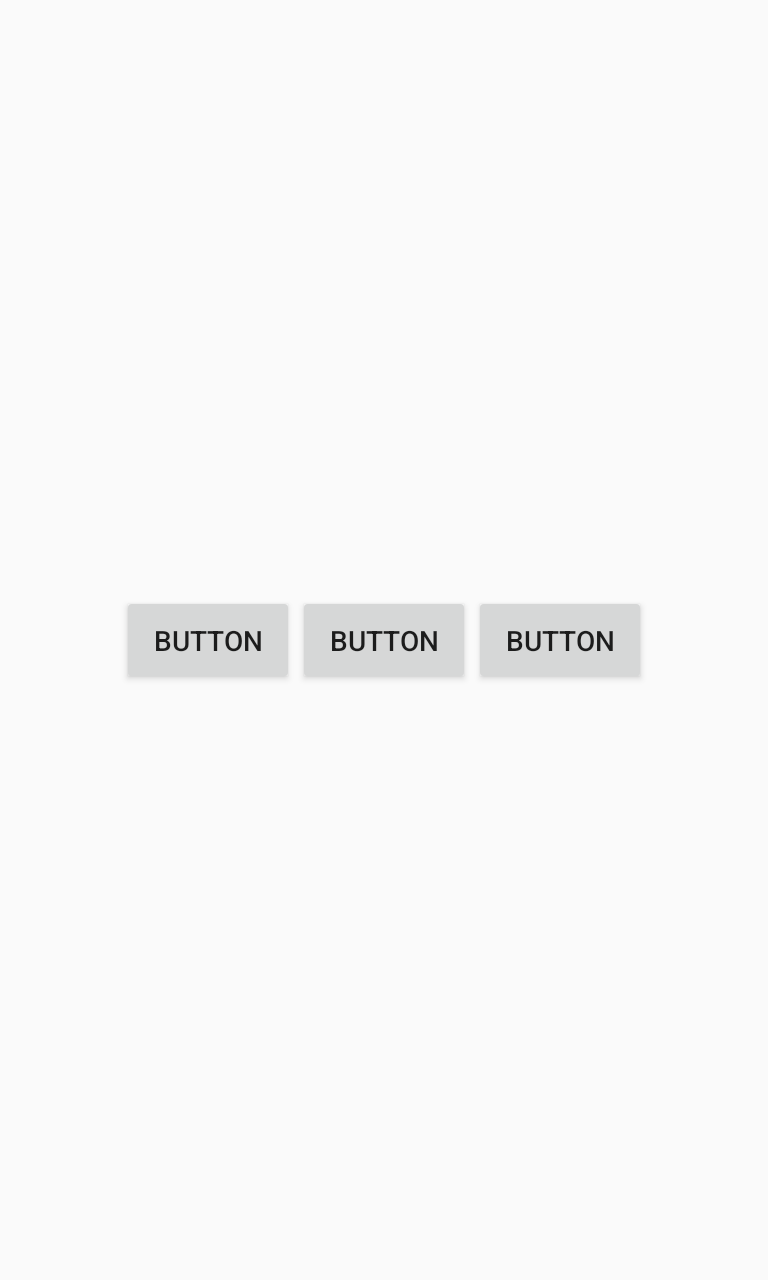
Repository: kol0372/woo
Layout: andworkspace/and1008/res/layout/exam1.xml
These files come from the project's save history. The layout is drawn as it stood at one moment and after the next save; the edit follows.
It is drawn on a 768 x 1280 px phone screen (xhdpi) without system bars, with theme AppTheme; the app's code is not run.

Above is the layout before, as saved 2014-10-08 04:41:30.

After the next save:
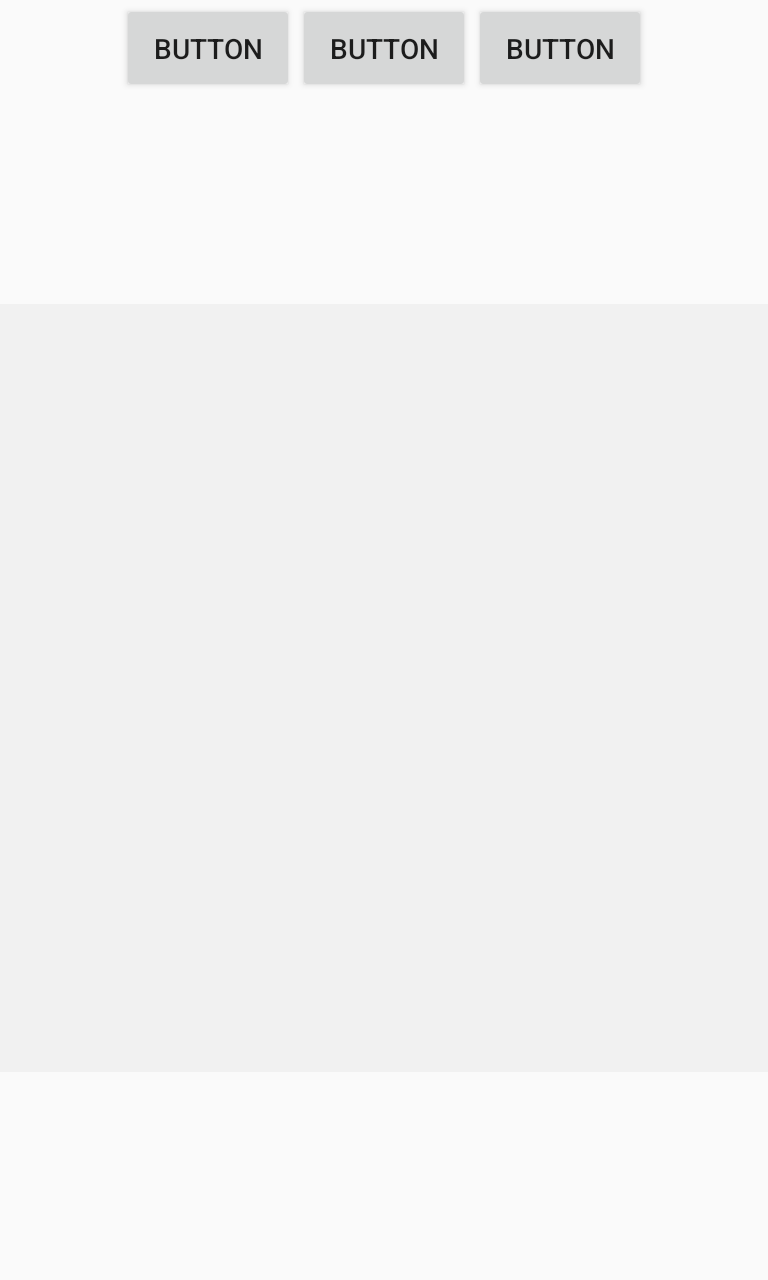
Saved 17 min 46 s later.
--- a/andworkspace/and1008/res/layout/exam1.xml
+++ b/andworkspace/and1008/res/layout/exam1.xml
@@ -8,7 +8,6 @@
         android:id="@+id/Woori"
         android:layout_width="match_parent"
         android:layout_height="wrap_content"
-        android:layout_weight="0.69"
         android:gravity="center" >
 
         <Button
@@ -30,4 +29,12 @@
             android:text="Button" />
     </LinearLayout>
 
+    <ImageView
+        android:id="@+id/imgv"
+        android:layout_width="match_parent"
+        android:layout_height="wrap_content"
+        android:layout_gravity="center"
+        android:layout_weight="0.74"
+        android:src="@drawable/abc_list_selector_background_transition_holo_light" />
+
 </LinearLayout>
